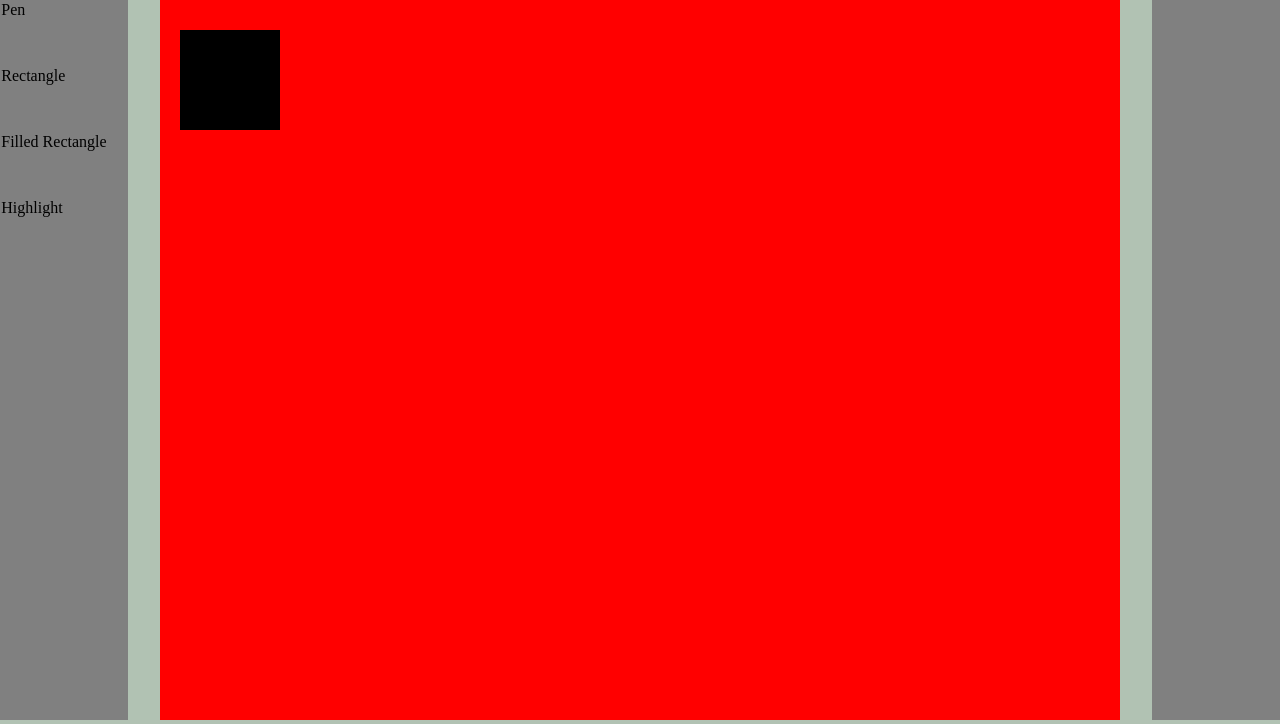
Repository: OrionDevelopers/projectwall
Page: http://localhost/slidePresenter.php
These files come from the project's save history. The page is drawn as it stood at one moment and after the next save; the edit follows.
The browser window is 1280 px wide. The pictures show the whole page.
The page is run by PHP 8.4 with error messages shown; the project is at /var/www/html/.

Above is the page before, as saved 2013-04-20 21:34:29.

### slidePresenterPrototype2/presenterPrototype2/slidePresenter.php
<!DOCTYPE html>
<html>
	<head>
		<title>Slide Presenter </title>
		<link href="css/slidePresenter.css" rel="stylesheet"/>
		<script src="js/kinetic-v4.4.1.js" type="text/javascript"></script>
		<script src="js/slidePresenter.js" type="text/javascript"></script>
	</head>
	<body onload="init();">
		<div id='leftToolBar'>
			<div id='penToolButton' class='myButton'>Pen</div>
			<div id='rectTooButton' class='myButton'>Rectangle</div>
			<div id='filledRectToolButton' class='myButton'>Filled Rectangle</div>
			<div id='highlighToolButton' class='myButton'>Highlight</div>
		</div>
		<div id='rightToolBar'></div>
		<div id='container'></div>
	</body>
</html>

### slidePresenterPrototype2/presenterPrototype2/css/slidePresenter.css
*{
	padding:0px;
	margin:0px;
}
body,html{
	height:100%;
	width:100%;
	background-color: #B1C2B3;
}
#leftToolBar{
	float:left;
	height:100%;
	width:10%;
	background-color: gray;

}
#rightToolBar{
	float:right;
	height:100%;
	width:10%;
	background-color: gray;
}
#container{
	height:100%;
	width:75%;
	margin-left:auto;
	margin-right:auto;
	background-color:silver;
	/*overflow: scroll;*/
}
.myButton{
	height:9%;
	width:99%;
	margin:1%;

	/*text-align: center;
	border:1px solid black;
	background-color: #C0C0C0;*/
}
.submenu{
	height:40%;
	width:100%;
	margin-bottom: 8%;
	background-color: #A68A6E;
}
.submenuButton{
	height: 25%;
	width: 100%;
	/*text-align: center;*/
}

### slidePresenterPrototype2/presenterPrototype2/js/slidePresenter.js
var containerReference,containerHeight,containerWidth,stage,slideLayer,drawingLayer;
var isPenToolSelected = false, isRectToolSelected = false,isfilledRectToolSelected = false, isHighlightToolSelected = false;


function init(){   //initialisation
	containerReference = document.getElementById("container");
	containerHeight = containerReference.offsetHeight;
	containerWidth = containerReference.offsetWidth;
	stage = new Kinetic.Stage({
		container: 'container',
		height: containerHeight,
		width: containerWidth
	});
	slideLayer = new Kinetic.Layer();
	drawingLayer = new Kinetic.Layer();
	drawingLayer.on('click',drawingLayerClicked);
	stage.add(slideLayer);
	stage.add(drawingLayer);
	setBackgroundSlide();
	setDrawingSheet('transparent');
}
function setBackgroundSlide(){
	var imgObj = new Image();
	imgObj.src = 'sampleSlide.PNG';
	var slideImg = new Kinetic.Image({
		x:0,
		y:0,
		height:containerHeight,
		width:containerWidth,
		image:imgObj
	});
	slideLayer.add(slideImg);
	slideLayer.draw();
	//var ctx = stage.getContext('2d');
	//slideLayer.draw();
}
function setDrawingSheet(fillStyle){
	var sheet = new Kinetic.Rect({
		x:0,
		y:0,
		height:containerHeight,
		width:containerWidth,
		fill:'red'
		//fill:'transparent'
	});
	ctx = drawingLayer.getContext();
	drawingLayer.add(sheet);
	drawingLayer.draw();
	ctx.fillRect(20,30,100,100);
	//drawingLayer.draw();

}
function drawingLayerClicked(){
	window.alert("hello there");
}

Loaded but not shown: slidePresenterPrototype2/presenterPrototype2/js/kinetic-v4.4.1.js (library)

After the next save:
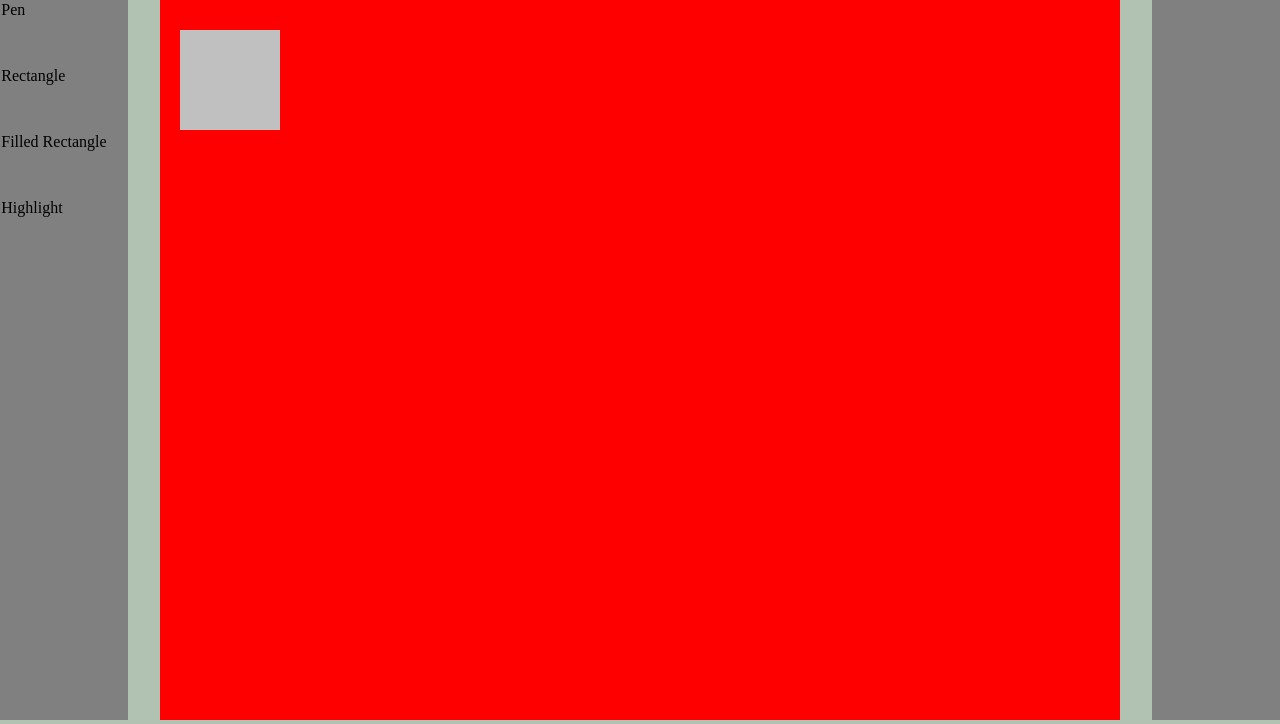
Saved 22 s later.
--- a/slidePresenterPrototype2/presenterPrototype2/js/slidePresenter.js
+++ b/slidePresenterPrototype2/presenterPrototype2/js/slidePresenter.js
@@ -46,7 +46,7 @@ function setDrawingSheet(fillStyle){
 	ctx = drawingLayer.getContext();
 	drawingLayer.add(sheet);
 	drawingLayer.draw();
-	ctx.fillRect(20,30,100,100);
+	ctx.clearRect(20,30,100,100);
 	//drawingLayer.draw();
 
 }
